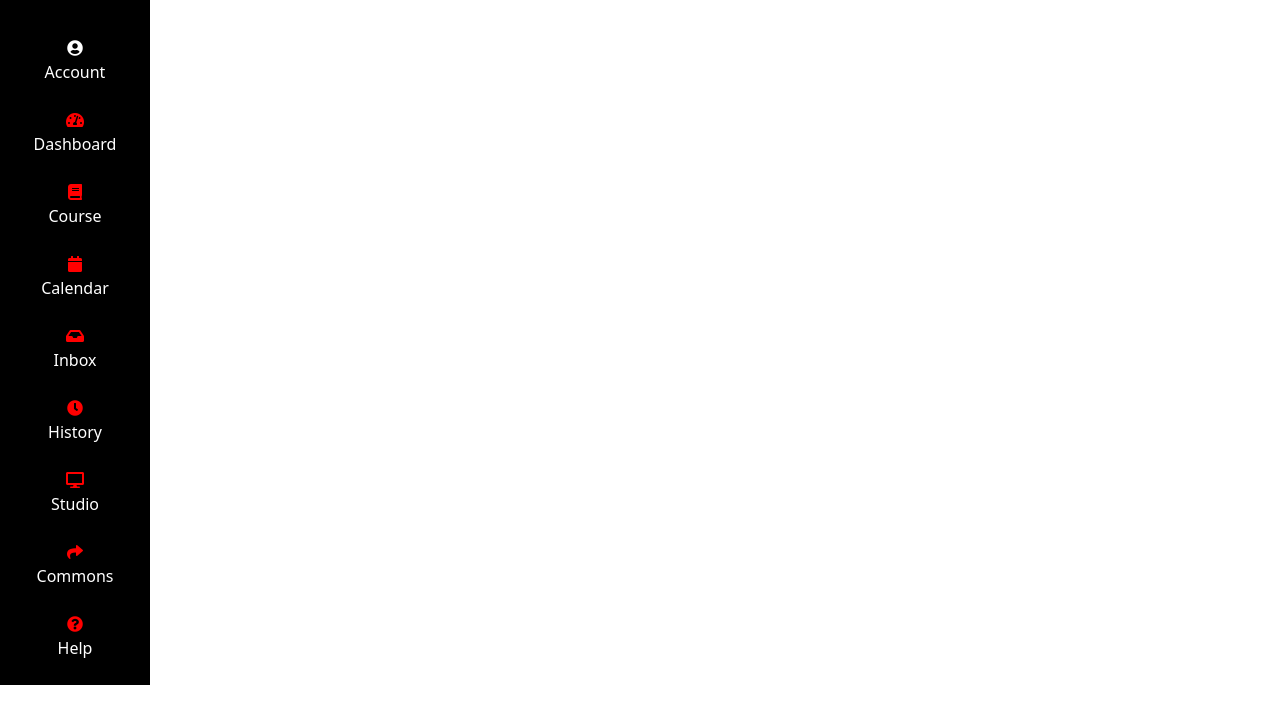
Repository: yuqiant/kanbas-react-web-app
Page: public/kanbas/firstcol.html
The author's editor kept a copy of each file at every save. The page is drawn from the files as they stood at one save, then again after the next save.
The browser window is 1280 px wide. The pictures show the whole page.

Above is the page before, as saved 2023-10-04 01:25:30.

After the next save:
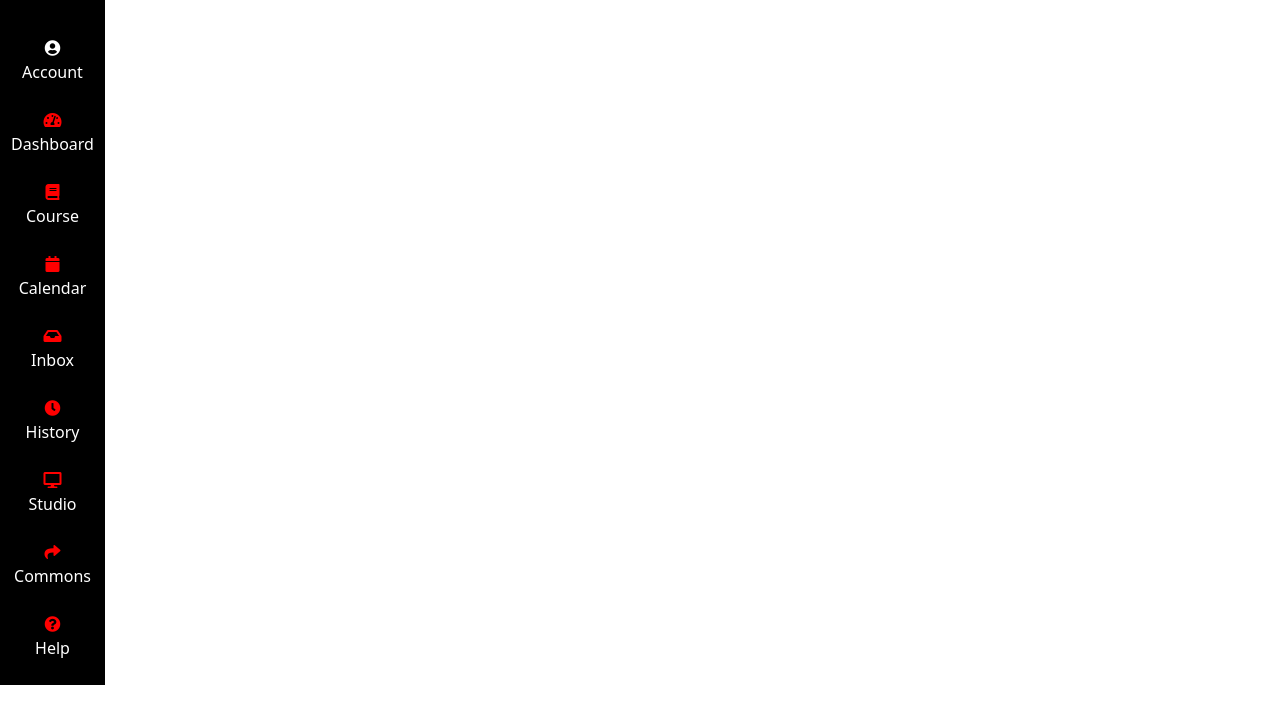
Saved 17 s later.
--- a/public/kanbas/firstcol.html
+++ b/public/kanbas/firstcol.html
@@ -64,7 +64,7 @@
 <body>
     <table>
         <tr>
-            <td id="firstColumn" style="width: 150px;">
+            <td id="firstColumn">
                 <ul>
                     <li><i class="fa fa-user-circle fa-inverse"></i><a href="accountcol.html">Account</a> </li>
                     <li><i class="fas fa-tachometer-alt" style="color: red;"></i><a href="#">Dashboard</a></li>
